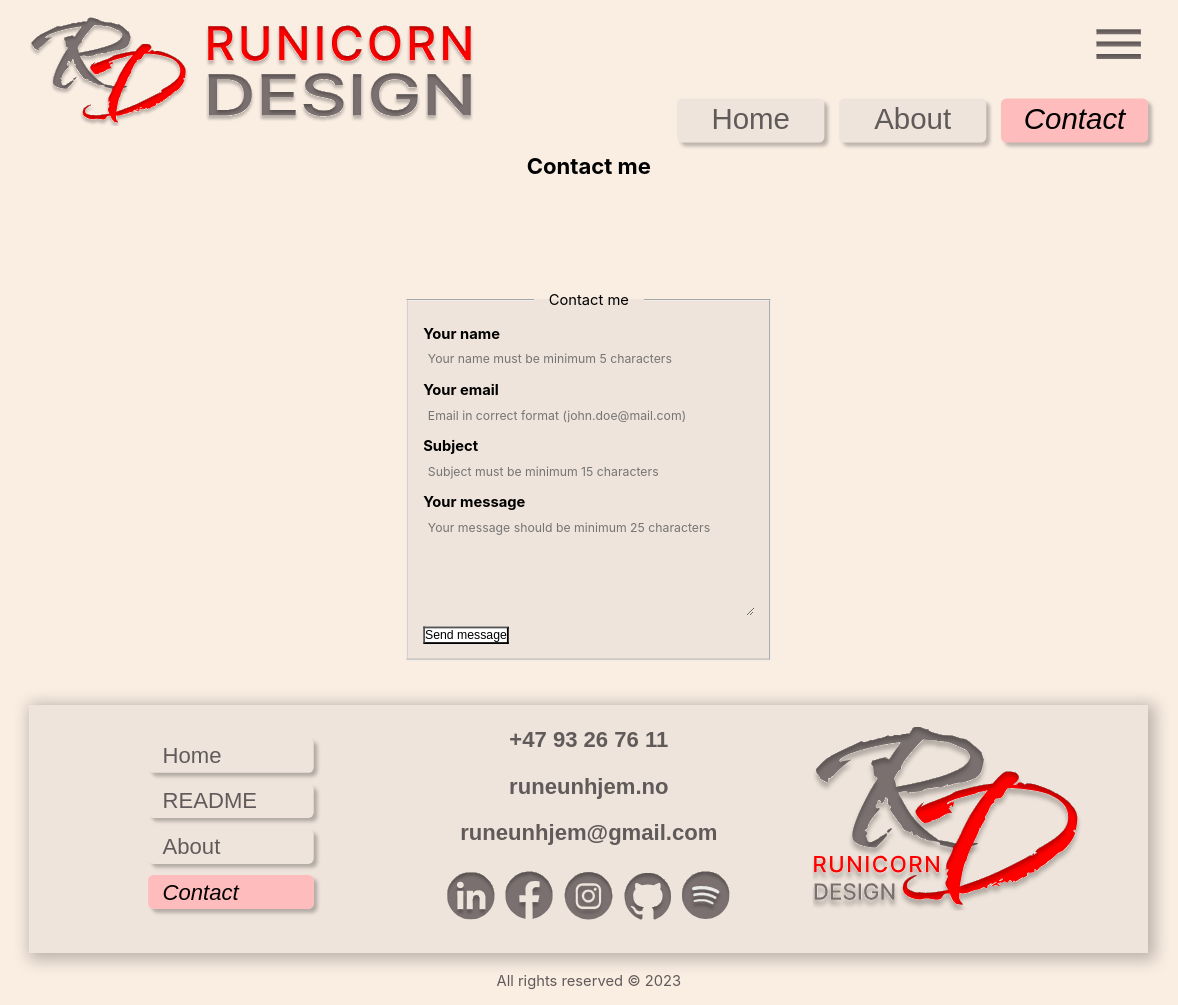
Repository: runeunhjem/portfolio1-ca
Page: contact.html
These files come from the project's save history. The page is drawn as it stood at one moment and after the next save; the edit follows.
The browser window is 1280 px wide. The pictures show the whole page, at 92% of full size.
Some web fonts or font styles are not loaded; a fallback is used. The style sheet was rebuilt from its Sass, Less or Tailwind sources for each picture, by a compiler version that may differ from the author's.

Above is the page before, as saved 2023-06-08 06:12:59.

### contact.html
<!DOCTYPE html>
<html lang="en">
<head>
  <meta charset="UTF-8">
  <meta http-equiv="X-UA-Compatible" content="IE=edge">
  <meta name="viewport" content="width=device-width, initial-scale=1.0">
  <meta name="keywords" content="Works, Projects, Overviev, About me, Rune Unhjem, Runicorn Design, Front End Developer">
  <meta name="description" content="Portfolio 1, Course Assignment, Contact informationm, Contact Rune Unhjem">
  <link rel="stylesheet" href="css/styles.css">
  <!-- <link rel="stylesheet" href="css/carousel.css"> -->
  <link rel="stylesheet" href="css/contact.css">
  <link rel="stylesheet" href="css/footer.css">
  <link rel="stylesheet" href="css/media-queries.css">
  <link rel="shortcut icon" href="favicon.ico" type="image/x-icon">
  <script src="js/script.js" defer></script>
  <script src="js/contact.js" type="module"></script>
  <title>Portfolio 1 - Contact Me</title>
</head>
<body class="flex-column">
  <header class="header flex">
    <a class="header-left flex" href="index.html">
    <div class="flex">
        <span class="out-of-view">Runicorn Design</span>
      </div>
    </a>
    <div class="header-right flex-column">
      <nav class="hamburger flex"></nav>
      <nav class="navbar flex">
        <button class="nav-button">Home</button>
        <button class="nav-button">About</button>
        <button class="nav-button active">Contact</button>
      </nav>
    </div>
  </header>
  <main class="flex-column">
    <section class="contact-section flex">
      <h1 class="flex header">Contact me</h1>
      <!-- [contact-form-7 id="158" title="Chef's Teable Contact Form"] -->
      <fieldset class="contact-fieldset flex-column">
        <legend class="contact-legend">Contact me</legend>
        <form class="contact-form" id="contact-form" method="post">
          <div class="form-label-error">
            <div class="label-error-wrapper">
              <label for="your-name">Your name</label>
              <div class="error-message" id="name-input-error">Your name must be minimum 5 characters</div>
            </div>
            <input type="text" id="your-name" name="your-name" aria-required="true" aria-label="Name" placeholder="Your name must be minimum 5 characters">
          </div>
          <div class="form-label-error">
            <div class="label-error-wrapper">
              <label for="your-email">Your email</label>
              <div class="error-message" id="email-input-error">Email must be in correct format</div>
            </div>
            <input type="email" id="your-email" name="your-email" aria-required="true" aria-label="Correctly formatted Email" placeholder="Email in correct format (john.doe@mail.com)">
          </div>
          <div class="form-label-error">
            <div class="label-error-wrapper">
              <label for="your-subject">Subject</label>
              <div class="error-message" id="subject-input-error">Subject must be minimum 15 characters</div>
            </div>
            <input type="text" id="your-subject" name="your-subject" aria-required="true" aria-label="Subject" placeholder="Subject must be minimum 15 characters">
          </div>
          <div class="form-label-error">
            <div class="label-error-wrapper">
              <label for="your-message">Your message</label>
              <div class="error-message" id="message-input-error">Message must be minimum 25 characters</div>
            </div>
            <textarea id="your-message" name="your-message" aria-required="true" aria-label="Your message should be minimum 25 characters" placeholder="Your message should be minimum 25 characters"></textarea>
          </div>
          <button type="submit" class="post-comment" id="send-message" name="Submit">Send message</button>
          <div class="success comment-posted" id="message-sent"></div>
        </form>
      </fieldset>
    </section>

  </main>
  <footer class="footer-container flex" id="footer-container">
    <div class="footer-left flex-column">
      <nav class="footer-nav" aria-label="Footer navigation">
        <ul class="footer-links">
          <li class=" menu-item flex">
            <a class="link-reset" href="index.html">Home</a>
          </li>
          <li class=" menu-item flex">
            <a class="link-reset" href="https://github.com/runeunhjem/portfolio1-ca/blob/main/README.md">README</a>
          </li>
          <li class=" menu-item flex">
            <a class="link-reset" href="about.html">About</a>
          </li>
          <li class=" menu-item flex">
            <a class="link-reset active" href="contact.html">Contact</a>
          </li>
        </ul>
      </nav>
    </div>
    <div class="footer-center flex-column">
      <p id="phone"><a class="phone link-reset" href="tel:+4793267611">+47 93 26 76 11</a></p>
      <p id="weblink"><a class="weblink link-reset" href="https://www.runeunhjem.no">runeunhjem.no</a></p>
      <p id="mail"><a class="mail link-reset" href="mailto:runeunhjem@gmail.com">runeunhjem@gmail.com</a></p>
      <div class="social flex">
        <a class="link-reset" href="https://www.linkedin.com/in/runeunhjem/" target="_blank">
          <span class="out-of-view">LinkedIn</span>
          <img class="social-icon linkedin-icon" src="images/ico-linkedin.svg" alt="LinkedIn">
        </a>
        <a class="link-reset" href="https://www.facebook.com/runeunhjem" target="_blank">
          <span class="out-of-view">Facebook</span>
          <img class="social-icon facebook-icon" src="images/ico-facebook.svg" alt="Facebook">
        </a>
        <a class="link-reset" href="https://www.instagram.com/runeunhjem/" target="_blank">
          <span class="out-of-view">Instagram</span>
          <img class="social-icon instagram-icon" src="images/ico-instagram.svg" alt="Instagram">
        </a>
        <a class="link-reset" href="https://www.github.com/runeunhjem/" target="_blank">
          <span class="out-of-view">GitHub</span>
          <img class="social-icon github-icon" src="images/ico-github.svg" alt="GitHub">
        </a>
        <a class="link-reset" href="https://open.spotify.com/artist/56ZSG2Q1JKydX5X9rTZxrq?si=787xAZCQT2yu8PKN5Dhopw" target="_blank">
          <span class="out-of-view">Spotify</span>
          <img class="social-icon spotify-icon" src="images/ico-spotify.svg" alt="Spotify">
        </a>
      </div>
    </div>
    <div class="footer-right flex">
      <a  class="footer-logo" href="index.html" aria-label="Home">
        <span class="out-of-view">Home</span>
      </a>
    </div>
  </footer>
  <div class="copyright flex">
    <p class="copyright flex">All rights reserved © 2023</p>
  </div>
  <div class="fly-in-menu flex" role="navigation" aria-label="Flyin-menu">
    <ol class="menu-list">
      <li class="fly-in-item flex">Home</li>
      <li class="fly-in-item flex">About</li>
      <li class="fly-in-item flex active">Contact</li>
      <li class="flex project-list-item">
        <span class="project-toggle">Relevant projects</span>
        <ol class="project-list flex">
          <li class="fly-in-item flex">Visit Game Hub</li>
          <li class="fly-in-item flex">Visit CMS</li>
          <li class="fly-in-item flex">Visit Chef's Table</li>
        </ol>
      </li>
      <li class="flex project-list-item">
        <span class="other-project-toggle">Other projects</span>
        <ol class="other-project-list flex">
          <li class="fly-in-item flex">My album on Spotify</li>
          <li class="fly-in-item flex">This is my TV</li>
          <li class="fly-in-item flex">IMDB API search</li>
        </ol>
      </li>
      <li class="fly-in-item flex">Portfolio README</li>
    </ol>
  </div>
</body>
</html>

### css/styles.scss
@import url('https://fonts.googleapis.com/css2?family=KoHo:ital,wght@0,400;0,500;0,700;1,600&display=swap');

:root {
  --border-radius-6px: 6px;
  --border-radius-12px: 12px;
  --box-shadow-buttons: 4px 4px 4px rgba(0, 0, 0, 0.25);
  --box-shadow-buttons-hover: 2px 2px 14px 4px rgba(0, 0, 0, 0.25);
  --box-shadow-buttons-inset: inset 2px 2px 14px 4px rgba(0, 0, 0, 0.25);
  --box-shadow-card: 5px 5px 12px 4px rgba(0, 0, 0, 0.45);
  --box-shadow-intro: 4px 4px 16px 5px rgba(0, 0, 0, 0.25);
  --box-shadow-menu: 2px 1px 3px 2px rgba(0, 0, 0, 0.25);
  --box-shadow-menu-hover: inset 1px 2px 2px rgba(0, 0, 0, 0.65);
  --box-shadow-about: inset -4px -4px 2px 2px rgba(0, 0, 0, 0.25);

  --color-logo-dark: #7B7070;
  --color-icons: #7B7070;
  --color-active: #FF0000;
  --color-text-dark: #615a5a;
  // --color-text-dark: #7B7070;
  --color-text-light: #aaaaaa;

  --color-bg-body: rgb(250, 238, 227);
  --color-bg-intro: rgba(185, 185, 185, 0.19);
  --color-bg-intro-full: rgb(245, 238, 232);
  --color-bg-card-cms: #F8EEC9;
  --color-bg-active: #ffbcbc;
  --color-bg-button-hover: rgb(250, 220, 220);

  --color-red: #FF0000;
  --color-white: #FFFFFF;
  --color-black: #000000;
  --color-dark-beige: #554d4d;
  // --color-dark-beige: rgb(123, 112, 112);
  --color-yellow-gamehub: #F5C618;
  --color-burgundy-chefs-table: #5e0a24;
  --color-blue-csm: #0052bd;

  --font-family-koho: 'KoHo', sans-serif;
  --font-family-inter: 'Inter', sans-serif;
}

* {
  box-sizing: border-box;
  margin: 0;
  padding: 0;
}
html {
  scroll-behavior: smooth;
}
a {
  text-decoration: none;
  color: inherit;
}
button {
  background-color: var(--color-white);
}
.out-of-view {
  position: absolute;
  top: -9999px;
  left: -9999px;
  color: #000000;
}
.link-reset {
  text-decoration: none;
  color: inherit;
}

body {
  font-family: var(--font-family-inter);
  background-color: var(--color-bg-body);
  padding: 1em;
}

.flex {
  display: flex;
  flex-wrap: wrap;
  justify-content: space-between;
  align-items: flex-start;
  max-width: 1600px;
}

.flex-column {
  display: flex;
  flex-direction: column;
  justify-content: flex-start;
  align-items: center;
}

.linkedin-icon:before,
.facebook-icon:before,
.instagram-icon:before,
.github-icon:before,
.spotify-icon:before {
  content: url(../images/ico-linkedin-red.svg) url(../images/ico-facebook-red.svg) url(../images/ico-instagram-red.svg) url(../images/ico-github-red.svg) url(../images/ico-spotify-red.svg);
}

.header {
  width: 100%;
  height: 150px;
  position: relative;
  }

 .header-left {
  width: 40%;
  height: 100%;
  // max-width: 50%;
  background-image: url(../images/logo-header-full.svg);
  background-repeat: no-repeat;
  background-size: contain;
}

.logos-left {
  flex-wrap: nowrap;
  max-width: 100%;
}

.header-img {
  height: 100%;
  max-width: 100%;
}

.header-right {
  position: relative;
  max-width: 100%;
  width: 60%;
  align-items: flex-end;
  justify-content: flex-start;
  height: 100%;
}

.navbar, .hamburger {
  height: 50%;
}

.hamburger {
  justify-content: flex-start;
  align-items: flex-end;
  width: 64px;
  height: 64px;
  max-height: 100%;
  background-image: url(../images/ico-menu-dark.svg);
  background-repeat: no-repeat;
  background-size: contain;
}

.navbar {
  gap: 1em;
  align-items: flex-end;
  flex-wrap: nowrap;
  justify-content: space-between;
}

.nav-button, .contact-button {
  width: 160px;
  height: 48px;
  max-width: 100%;
  padding-bottom: 4px;
  font-family: var(--font-family-koho);
  font-weight: 500;
  background-color: var(--color-bg-intro);
  color: var(--color-text-dark);
  box-shadow: var(--box-shadow-buttons);
  border-radius: var(--border-radius-6px);
  border: none;
  font-size: 2rem;
  &:hover {
    cursor: pointer;
    box-shadow: inset 0px 0px 5px rgba(0, 0, 0, 0.25);
    color: var(--color-black);
    background-color: var(--color-white);
    font-size: 1.95rem;
  }
}

.intro, .footer-container, .project-container, .about, .contact {
  width: 100%;
  max-width: 1600px;
  height: 270px;
  align-items: flex-start;
  background-color: var(--color-bg-intro);
  color: var(--color-text-dark);
  margin-top: 2em;
  padding: 1em;
  font-family: var(--font-family-koho);
  font-size: 1.5rem;
  box-shadow: var(--box-shadow-intro);
}
.intro {
  // height: auto;
  line-height: 1.5;
}
.intro-left {
  height: 100%;
  width: 15%;
  background-position: top center;
  background-image: url(../images/image-rune-bw.png);
  background-repeat: no-repeat;
  background-size: contain;
  border-radius: var(--border-radius-12px);
  filter: drop-shadow(5px 5px 10px rgba(0, 0, 0, 0.5));
}

.intro-right {
  height: 100%;
  width: 80%;
  align-items: flex-start;
  p {
    width: 100%;
    margin-left: 0.5em;
  }
}

.read-about-me {
  display: flex;
  justify-content: flex-start;
  flex-wrap: nowrap;
  align-items: center;
  font-weight: 600;
  width: 100%;
  margin: 0.5em 0 0 0.5em;;
}

.arrow-big {
  margin-left: 1em;
  max-height: 70%;
  align-items: center;
  height: 36px;
  animation: nudge-animation 2s infinite alternate;
}

@keyframes nudge-animation {
  0%, 100% {
    transform: translateX(0);
  }
  16.67%, 50%, 83.33% {
    transform: translateX(10px);
  }
}

.fly-in-menu {
  display: flex;
  position: fixed;
  justify-content: center;
  align-items: flex-start;
  padding: 0.4em;
  right: 15vw;
  top: -150%;
  width: 300px;
  height: auto;
  background-color: var(--color-icons);
  border-radius: var(--border-radius-6px);
  transition: top 0.3s ease-in-out;
  box-shadow: 4px 4px 20px 6px rgba(0, 0, 0, 0.35);
  z-index: 1;
}

.fly-in-item {
  margin: 0.5em auto;
  justify-content: flex-start;
  border-radius: var(--border-radius-6px);
  align-items: center;
  text-align: left;
  width: 100%;
  gap: 10px;
  display: block;
  padding: 0.4em 1em;
  font-size: 1.2rem;
  background-color: var(--color-bg-intro-full);
  color: var(--color-black);
  box-shadow: var(--box-shadow-buttons);
  border: none;
  cursor: pointer;
  max-height: 40px;
  transition: all 0.3s ease-in-out;
  &:hover {
    background-color: var(--color-white);
    box-shadow: var(--box-shadow-menu-hover);
    // box-shadow: var(--box-shadow-buttons-hover);
    color: var(--color-active);
  }
}
.project-toggle, .other-project-toggle {
  width: 100%;
  padding: 0.4em 1em;
  font-size: 1.2rem;
  cursor: pointer;
  &:hover {
    color: var(--color-black);
  }
}
.project-toggle:hover::after, .other-project-toggle:hover::after {
  color: var(--color-black);
}
.project-toggle::after, .other-project-toggle::after {
  content: ">";
  position: relative;
  color: var(--color-white);
  height: 16px;
  width: 16px;
  align-items: center;
  right: -10px;
}
.fly-in-item:hover::after {
  content: url(../images/ico-star-three-points-outline.svg);
  position: relative;
  align-self: center;
  bottom: -2px;
  right: -10px;
}
.menu-list, .project-list, .other-project-list {
  width: 95%;
  color: var(--color-white);
  padding: 0.2em auto;
}

.project-list, .other-project-list {
  display: none;
  max-height: 0;
  overflow: hidden;
  transition: all 0.3s ease-in-out;
}

.project-list.show, .other-project-list.show {
  display: block;
  max-width: 100%;
  margin: 0em auto;
  font-size: 1.4rem;
  // max-height: 200px; /* Adjust the max-height as needed */
  // padding: 10px 0;
}

.weblink, .phone, .mail {
  transition: all 0.3s ease-in-out;
  width: 320px;
  &:hover {
      box-shadow: var(--box-shadow-buttons);
      border-radius: var(--border-radius-12px);
      color: var(--color-red);
    }
}

.active {
  transition: all 0.1s ease-in-out;
  // background-color: var(--color-active);
  // color: var(--color-white);
  color: var(--color-black);
  font-weight: 400;
  font-style: italic;
  background-color: var(--color-bg-active);
  &:hover {
    color: var(--color-text-dark);
    background-color: var(--color-white);
    cursor: default;
  }
}

### css/contact.scss

.contact {
  align-items: center;
  width: 100%;
  max-width: none;
  height: auto;
}

.contact-fieldset {
  background-color: var(--color-bg-intro);
  max-width: 600px;
  width: 100%;
  padding: 1em;
}
.contact-legend {
  text-align: center;
  padding: 0 1em;
}
.contact-form {
  width: 100%;
}
.form-label-error {
  display: flex;
  flex-direction: column;
  margin-bottom: 10px;
  align-items: flex-start;
}

.contact-form label {
  font-weight: bold;
  margin-bottom: 5px;
  color: var(--color-gold);
  // width: 100%;
}

.contact-form input,
.contact-form textarea {
  padding: 5px;
  border: var(--border-1px-black);
  border-radius: 4px;
  background-color: var(--color-burgundy-light);
  box-shadow: -1px -1px 1px 2px var(--color-black-90);
  width: 100%;
  font-family: var(--font-family-normal);
}
.contact-form input:hover,
.contact-form textarea:hover {
  box-shadow: 1px 1px 1px 2px var(--color-black-90);
}
.contact-form textarea {
  height: 109px;
}
.contact-form .error-message {
  display: none;
  color: var(--color-red);
  font-family: var(--font-family-normal);
  font-weight: bold;
  font-size: 0.8rem;
  margin-top: 0.5rem;
  padding: 2px;
  background-color: var(--color-white);
}
#cf7-form {
  display: flex;
  flex-direction: column;
  min-width: 300px;

  max-width: 600px;
  margin: 0 auto;
  padding: 20px;
  background-color: var(--color-burgundy);
  border-radius: 6px;
  border: var(--border-2px-gold);
}

#cf7-form input,
#cf7-form textarea {
  margin-bottom: 10px;
  padding: 10px;
  border: var(--border-1px-gold);
  border-radius: var(--border-radius-6px);
  background-color: var(--color-burgundy-light);
}

#cf7-form textarea {
  height: 120px;
}

#cf7-form input[type="submit"] {
  background-color: var(--color-gold);
  color: white;
  cursor: pointer;
}

#cf7-form input[type="submit"]:hover {
  background-color: #45a049;
}

.label-error-wrapper {
  display: flex;
  flex-wrap: nowrap;
  justify-content: flex-start;
  align-items: center;
  flex-direction: row;
  margin: 0;
  width: 100%;
  text-align: left;
  .error-message {
    margin-left: 1em;
    margin-bottom: 10px;
    border-radius: var(--border-radius-6px);
    padding: 4px 1em;
  }
}

### css/footer.scss
.footer-container {
  color: var(--color-text-dark);
  background-color: var(--color-bg-intro);
  flex-wrap: wrap;
}
.footer-left, .footer-center, .footer-right {
  flex: 1;
  max-width: 33.33%;
  width: 100%;
  height: 100%;
  justify-content: flex-start;
  font-weight: 500;
}
.footer-left {
  justify-content: flex-start;
  padding: 0;
}
.footer-links {
  ul {
    gap: 0.5em;
  }
  li {
    min-width: 180px;
    width: 180px;
    margin: 0.5em;
    box-shadow: var(--box-shadow-buttons);
    border-radius: var(--border-radius-6px);
    &:hover {
      cursor: pointer;
      border-radius: var(--border-radius-6px);
      // color: var(--color-black);
      border-radius: var(--border-radius-6px);
      box-shadow: inset 2px 2px 5px rgba(0, 0, 0, 0.25);
      color: var(--color-black);
      background-color: var(--color-white);
    }
    // .active {
      //   background-color: var(--color-bg-intro);
      //   box-shadow: var(--box-shadow-buttons);
      //   border-radius: var(--border-radius-6px);
      //   border: none;
      //   // transition: all 0.1s ease-in-out;
      //   &:hover{
        //     // background-color: var(--color-white);
        //     box-shadow: 0px 0px 0px 0px transparent;
        //   }
        // }
        a {
          border-radius: var(--border-radius-6px);
          min-width: 180px;
          padding: 0.3rem 0rem 0.3rem 1rem;
    }
  }
}
.footer-center {
  justify-content: space-between;
  p {
    text-align: center;
    width: 100%;
    a {
      min-width: 300px;
      max-width: 100%;
    }
  }
}
.footer-center {
  gap: 0.4em;
  p {
    &:hover {
      box-shadow: var(--box-shadow-buttons);
      border-radius: var(--border-radius-6px);
      color: var(--color-red);
      width: 300px;
    }
  }
}
#phone, #mail, #weblink {
  display: flex;
  justify-content: center;
  align-items: center;
  text-align: center;
  width: 300px;
  font-weight: 600;
  font-size: 1.5rem;
  // width: 100vw;
}
.social {
  flex-wrap: nowrap;
}

.social-icon img {
  width: 64px;
  height: 64px;
}

.linkedin-icon:hover {
  content: url(../images/ico-linkedin-red.svg);
}
.facebook-icon:hover {
  content: url(../images/ico-facebook-red.svg);
}
.instagram-icon:hover {
  content: url(../images/ico-instagram-red.svg);
}
.github-icon:hover {
  content: url(../images/ico-github-red.svg);
}
.spotify-icon:hover {
  content: url(../images/ico-spotify-red.svg);
}

.footer-logo {
  display: flex;
  justify-content: center;
  height:90%;
  width: 100%;
  background-image: url(../images/logo-footer-rd-with-text.svg);
  background-repeat: no-repeat;
  background-size: contain;
  background-position: center center;
}

.copyright {
  width: 100%;
  justify-content: center;
  align-items: flex-end;
  height: 40px;
  font-size: 1rem;
  color: var(--color-text-dark);
}

### css/media-queries.scss
@media (max-width: 2000px) {
  .fly-in-menu {
    right: 7.7vw;
  }
}
@media (max-width: 1600px) {
  .fly-in-menu {
    right: 4.5vw;
  }
 .header, .intro, .footer-container, .projects-container {
    max-width: 95vw;
    justify-content: center;
  }
}

@media (max-width: 1300px) {
  .fly-in-menu {
    right: 3vw;
  }
  .projects-carousel {
    width: 100vw;
  }
  .project-container, .projects-carousel {
    margin-bottom: 0.2em;
    max-width: 100%;
  }
}
@media (max-width: 1200px) {
  .intro {
    width: 100vw;
    overflow-x: hidden;
    height: 280px;
  }
}

@media (max-width: 1080px) {
  .tablet-wide {
    display: none;
  }
  .arrow-big {
    height: 32px;
  }
  #footer-container {
    flex-direction: column;
    height: auto;
    align-items: center;
    gap: 1.5em;
    width: 100vw;
    .footer-logo {
      height: 100px;
    }
  }
}

@media (max-width: 768px) {
  .tablet {
    display: none;
  }
  .intro {
    margin-top: 1.2em;
  }
  .intro-left {
    width: 35%;
  }
  .intro-right {
    width: 65%;
    padding-left: 10px;
    font-size: 1.4rem;
  }
  .footer-container {
    width: 100vw;
  }
  #phone, #mail, #weblink {
    width: 100vw;
  }

  .project-description {
    height: 150px;
  }
  .profile-pic {
    width: 40%;
  }
}

@media (max-width: 600px) {
  .project-description {
    font-size: 0.9rem;
    height: 80px;
  }
  .header-left {
    background-image: url(../images/logo-footer-rd-with-text.svg);
  }
  .navbar {
    display: none;
  }
  .intro {
    height: 230px;
  }
  .intro-left {
    width: 30%;
  }
  .intro-right {
    width: 70%;
    padding-left: 15px;
    font-size: 1.2rem;
  }
  .about-me-header {
    font-size: 3.5rem;
  }
}
@media (max-width: 500px) {
  .project-description {
    // font-size: 0.9rem;
    height: 100px;
  }
  .footer-center {
    max-width: 100%;
  }
  .social {
    gap: 0.5em;
    margin-top: 0.3em;
  }
  .social-icon {
    height: 50px;
    width: 50px;
  }
  .footer-logo {
    height: 150px;
    height: 200px;
  }
  .heading {
    font-size: 2.35rem;
  }
  .project-title {
  font-size: 2rem;
}
  .project-tagline {
    font-size: 1.3rem;
    height: 24px;
  }
  .image-counter {
    height: 50px;
  }
}

@media (max-width: 450px) {
  body {
    overflow-x: hidden;
  }
  .button-container {
    gap: 0.5em;
  }
  .projects-btn {
    padding: 6px 10px;
  }
  .intro {
    margin-top: 0;
  }
  .intro-left {
    width: 40%;
  }
  .intro-right {
    width: 60%;
    padding-left: 12px;
    font-size: 0.9rem;
  }
  .carousel-item {
    margin: 0.2em auto;
  }

  .read-about-me {
    font-size: 0.8rem;
  }
  .arrow-big {
    height: 24px;
  }
  .social {
    max-width: 100%;
    justify-content: center;
  }
}

@media (max-width: 400px) {
  .header {
    height: 120px;
  }
  .intro-right {
    font-size: 0.8rem;
  }
  .read-about-me {
    font-size: 0.65rem;
  }
  .about-me-header {
    font-size: 2rem;
  }
}

@media (max-width: 360px) {
  .header {
    height: 100px;
  }
  .read-about-me {
    font-size: 0.6rem;
  }
  .intro {
    height: 200px;
  }
}

Loaded but not shown: js/validate-contact-form.js (133 lines, source omitted); js/script.js (123 lines, source omitted); js/contact.js (47 lines, source omitted)

After the next save:
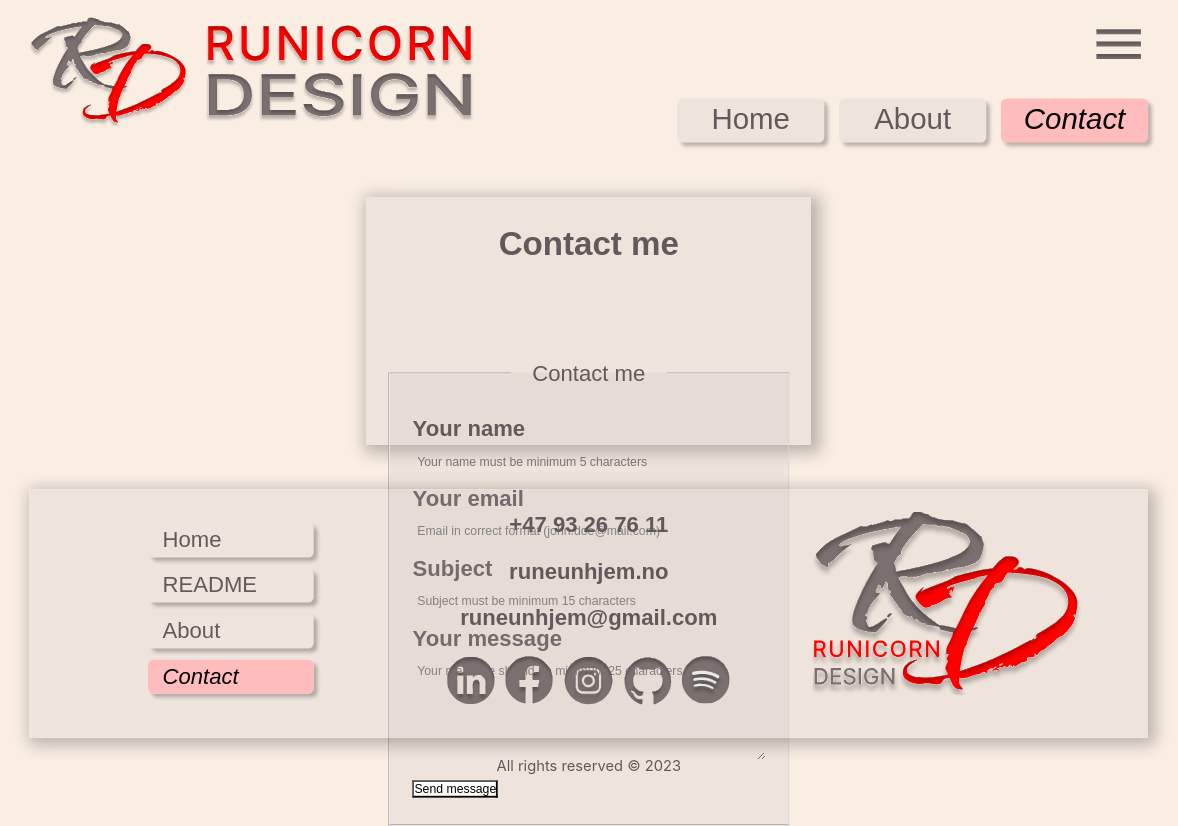
Saved 23 s later.
--- a/contact.html
+++ b/contact.html
@@ -33,7 +33,7 @@
     </div>
   </header>
   <main class="flex-column">
-    <section class="contact-section flex">
+    <section class="contact-section intro flex">
       <h1 class="flex header">Contact me</h1>
       <!-- [contact-form-7 id="158" title="Chef's Teable Contact Form"] -->
       <fieldset class="contact-fieldset flex-column">
